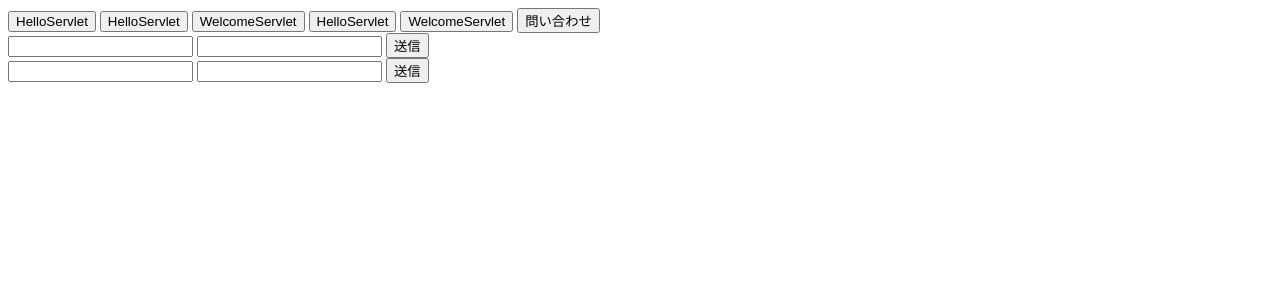
Repository: akira44441111/test
Page: http://localhost/HelloServlet/
The author's editor kept a copy of each file at every save. The page is drawn from the files as they stood at one save, then again after the next save.
The browser window is 1280 px wide. The pictures show the whole page.
The page is served by Tomcat 9.

Above is the page before, as saved 2018-09-26 02:27:31.

After the next save:
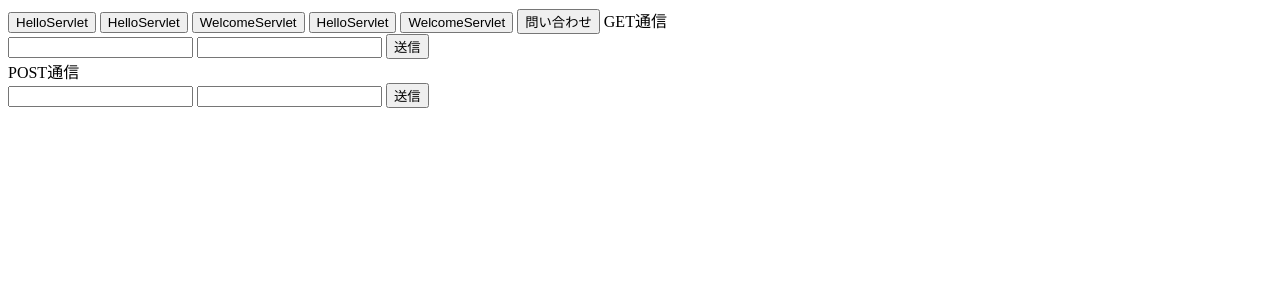
Saved 68 s later.
--- a/HelloServlet/WebContent/index.jsp
+++ b/HelloServlet/WebContent/index.jsp
@@ -17,13 +17,14 @@
 <input type="button" value="問い合わせ" onClick="location.href='inquiry.jsp'">
 
 
-
+GET通信
 <form method="get" action="TestServlet">
 <input type="text" name="username">
 <input type="password" name="password">
 <input type="submit" value="送信">
 </form>
 
+POST通信
 <form method="post" action="TestServlet">
 <input type="text" name="username">
 <input type="password" name="password">
